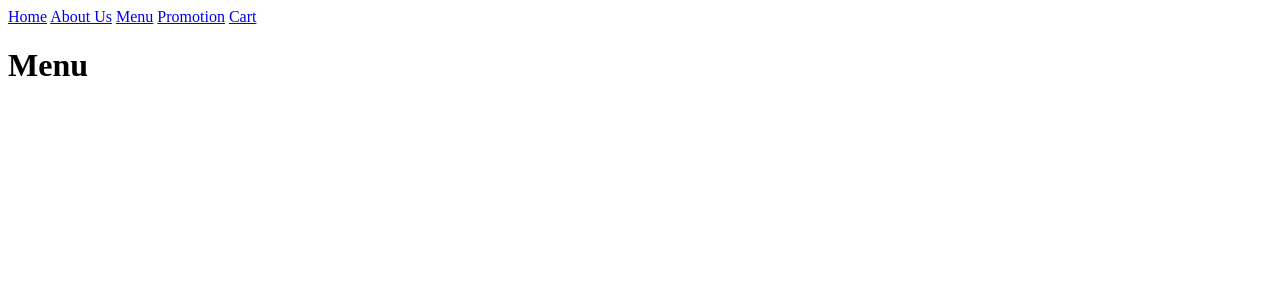
Repository: xemastin/Project-Java1
Page: http://localhost/CongNgheJava/Menu
The author's editor kept a copy of each file at every save. The page is drawn from the files as they stood at one save, then again after the next save.
The browser window is 1280 px wide. The pictures show the whole page.
The page is served by Tomcat 9.

Above is the page before, as saved 2021-04-08 02:01:30.

After the next save:
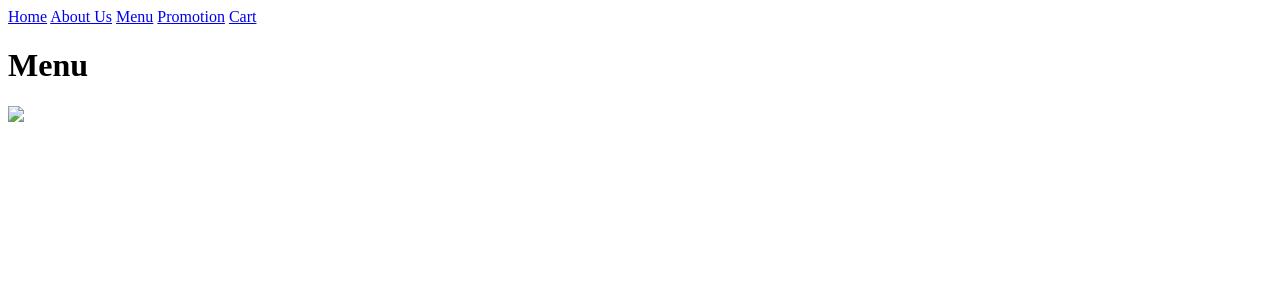
Not found: CongNgheJava/CongNgheJava/takuann 1.jpg
Saved 39 min 25 s later.
--- a/CongNgheJava/src/main/webapp/views/web/Menu.jsp
+++ b/CongNgheJava/src/main/webapp/views/web/Menu.jsp
@@ -15,6 +15,8 @@
         <a href="http://localhost:8080/CongNgheJava/Promotion">Promotion</a>
         <a href="http://localhost:8080/CongNgheJava/Cart">Cart</a>
         <h1>Menu</h1>
+
+        <img src="./takuann 1.jpg">
     </body>
 
     </html>
